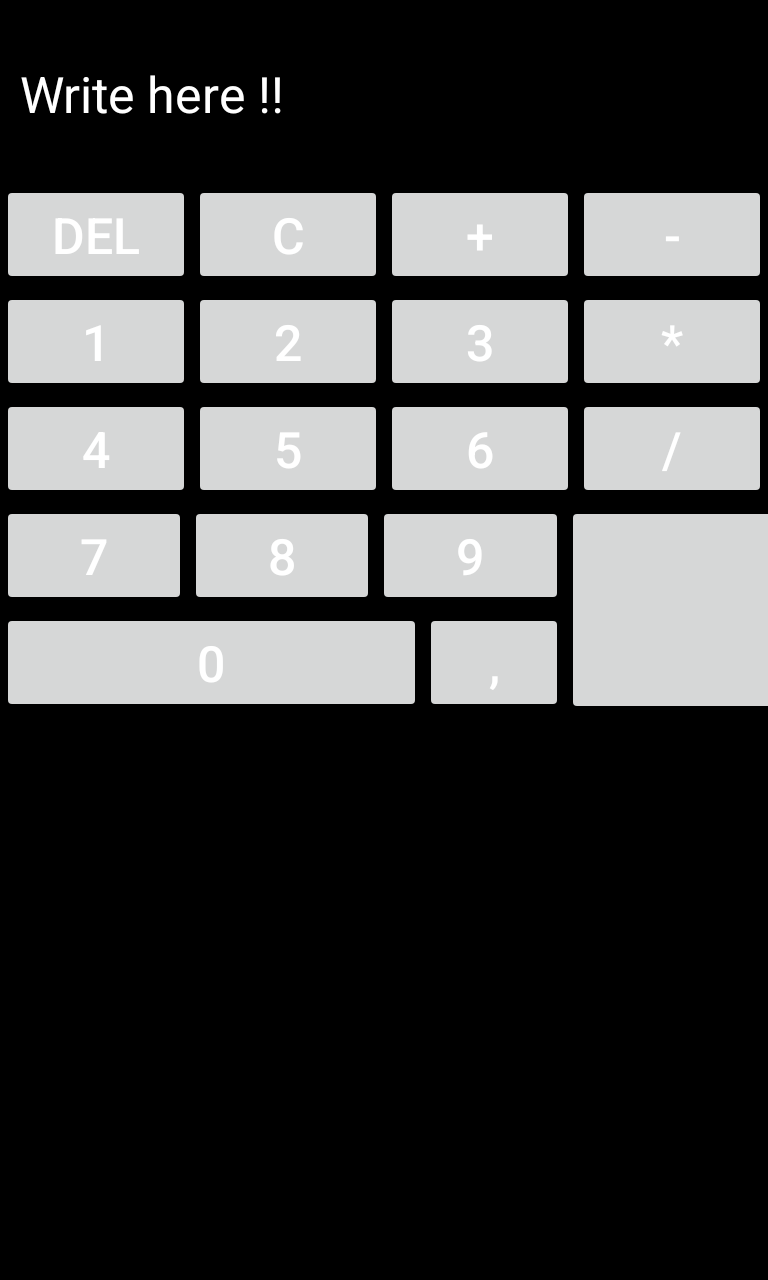
Repository: salihklc/Basic-Android
Layout: complexCalculator/res/layout/activity_main.xml
An editor plug-in stored every save of this project. The layout is shown before and after the next save, followed by the edit.
It is drawn on a 768 x 1280 px phone screen (xhdpi) without system bars, with theme AppTheme; the app's code is not run.

Above is the layout before, as saved 2014-10-10 14:01:47.

### complexCalculator/res/layout/activity_main.xml
<LinearLayout xmlns:android="http://schemas.android.com/apk/res/android"
    xmlns:android1="http://schemas.android.com/apk/res/android"
    android:layout_width="match_parent"
    android:layout_height="match_parent"
    android:background="#000"
    android:orientation="vertical" >

<EditText
    android:layout_marginTop="20dp"
    android:layout_marginBottom="20dp"
    android:id="@+id/display"
    android:layout_width="match_parent"
    android:layout_height="wrap_content"
    android:hint=" Write here !!"
    android:textSize="25sp"
    android:textColor="#fff"
    android:textColorHint="#fff"
    />

	<LinearLayout
	    android:layout_width="match_parent"
	    android:layout_height="wrap_content"
	    android:weightSum="100"
	    android1:orientation="horizontal" >

	    <Button
	        android:layout_weight="25"
	        android:id="@+id/DEL"
	        android:layout_height="fill_parent"
	        android:text="@string/DEL"
	        android:textColor="#fff"
	        android:textSize="25sp"
	        />
	    <Button
	        android:layout_weight="25"
	        android:id="@+id/C"
	        android:layout_height="fill_parent"
	        android:text="@string/C"
	        android:textColor="#fff"
	        android:textSize="25sp"
	        />
	    <Button
	        android:layout_weight="25"
	        android:id="@+id/add"
	        android:layout_height="fill_parent"
	        android:text="@string/add"
	        android:textColor="#fff"
	        android:textSize="25sp"
	        />
	    <Button
	        android:layout_weight="25"
	        android:id="@+id/minus"
	        android:layout_height="fill_parent"
	        android:text="@string/minus"
	        android:textColor="#fff"
	        android:textSize="25sp"
	        />

	</LinearLayout>

	<LinearLayout
	    android:layout_width="match_parent"
	    android:layout_height="wrap_content"
	    android:weightSum="100"
	    android1:orientation="horizontal" >

	    <Button
	        android:layout_weight="25"
	        android:id="@+id/one"
	        android:layout_height="fill_parent"
	        android:text="@string/one"
	        android:textColor="#fff"
	        android:textSize="25sp"
	        />
	    <Button
	        android:layout_weight="25"
	        android:id="@+id/two"
	        android:layout_height="fill_parent"
	        android:text="@string/two"
	        android:textColor="#fff"
	        android:textSize="25sp"
	        />
	    <Button
	        android:layout_weight="25"
	        android:id="@+id/three"
	        android:layout_height="fill_parent"
	        android:text="@string/three"
	        android:textColor="#fff"
	        android:textSize="25sp"
	        />
	    <Button
	        android:layout_weight="25"
	        android:id="@+id/mult"
	        android:layout_height="fill_parent"
	        android:text="@string/mult"
	        android:textColor="#fff"
	        android:textSize="25sp"
	        />

	</LinearLayout>

	<LinearLayout
	    android:layout_width="match_parent"
	    android:layout_height="wrap_content"
	    android:weightSum="100"
	    android1:baselineAligned="false"
	    android1:orientation="horizontal" >

	    <Button
	        android:layout_weight="25"
	        android:id="@+id/four"
	        android:layout_height="fill_parent"
	        android:text="@string/four"
	        android:textColor="#fff"
	        android:textSize="25sp"
	        />
	    <Button
	        android:layout_weight="25"
	        android:id="@+id/five"
	        android:layout_height="fill_parent"
	        android:text="@string/five"
	        android:textColor="#fff"
	        android:textSize="25sp"
	        />
	    <Button
	        android:layout_weight="25"
	        android:id="@+id/six"
	        android:layout_height="fill_parent"
	        android:text="@string/six"
	        android:textColor="#fff"
	        android:textSize="25sp"
	        />
	    <Button
	        android:layout_weight="25"
	        android:id="@+id/div"
	        android:layout_height="fill_parent"
	        android:text="@string/div"
	        android:textColor="#fff"
	        android:textSize="25sp"
	        />

	</LinearLayout>

	<LinearLayout
	    android:layout_width="match_parent"
	    android:layout_height="match_parent"
	    android:baselineAligned="false"
	    android:orientation="horizontal"
	    android:weightSum="100" >

		<LinearLayout
		    android:layout_height="fill_parent"
		    android:layout_weight="95.56"
		    android:orientation="vertical" >

		<LinearLayout
		    android:layout_width="match_parent"
		    android:layout_height="wrap_content"
		    android:orientation="horizontal"
		    android:weightSum="99" >

		    <Button
		        android:layout_weight="33"
		        android:id="@+id/seven"
		        android:layout_height="fill_parent"
		        android:text="@string/seven"
		        android:textColor="#fff"
		        android:textSize="25sp"
		        />
		    <Button
		        android:layout_weight="33"
		        android:id="@+id/eight"
		        android:layout_height="fill_parent"
		        android:text="@string/eight"
		        android:textColor="#fff"
		        android:textSize="25sp"
		        />
		    <Button
		        android:layout_weight="33"
		        android:id="@+id/nine"
		        android:layout_height="fill_parent"
		        android:text="@string/nine"
		        android:textColor="#fff"
		        android:textSize="25sp"
		        />


		</LinearLayout>

		<LinearLayout
		    android:layout_width="match_parent"
		    android:layout_height="wrap_content"
		    android:orientation="horizontal"
		    android:weightSum="100" >

			<Button
			    android1:id="@+id/zero"
			    android1:layout_height="fill_parent"
			    android1:layout_weight="75"
			    android1:text="@string/zero"
			    android1:textColor="#fff"
			    android1:textSize="25sp" />

			<Button
			    android1:id="@+id/dot"
			    android1:layout_width="0dp"
			    android1:layout_height="fill_parent"
			    android1:layout_weight="25"
			    android1:text="@string/dot"
			    android1:textColor="#fff"
			    android1:textSize="25sp" />

		</LinearLayout>

	</LinearLayout>

		<LinearLayout
		    android1:layout_width="wrap_content"
		    android1:layout_height="match_parent"
		    android:layout_gravity="right"
		    android:layout_weight="75"
		    android1:orientation="horizontal" >

			<Button
			    android1:id="@+id/equ"
			    android1:layout_width="match_parent"
			    android1:layout_height="108dp"
			    android1:text="@string/equ"
			    android1:textColor="#fff"
			    android1:textSize="25sp" />

		</LinearLayout>

	</LinearLayout>

</LinearLayout>

### complexCalculator/res/values/strings.xml
<?xml version="1.0" encoding="utf-8"?>
<resources>

    <string name="app_name">complexCalculator</string>
    <string name="hello_world">Hello world!</string>
    <string name="action_settings">Settings</string>
    <string name="one">1</string>
	<string name="two">2</string>
	<string name="three">3</string>
	<string name="add">+</string>
	<string name="four">4</string>
	<string name="five">5</string>
	<string name="six">6</string>
	<string name="minus">-</string>
	<string name="seven">7</string>
	<string name="eight">8</string>
	<string name="nine">9</string>
	<string name="mult">*</string>
	<string name="zero">0</string>
	<string name="equ">=</string>
	<string name="div">/</string>
	<string name="dot">,</string>
	<string name="DEL">DEL</string>
	<string name="C">C</string>
</resources>

Loaded but not shown: complexCalculator/res/values/styles.xml (common file); complexCalculator/res/values-v11/styles.xml (common file); complexCalculator/res/values-v14/styles.xml (common file)

After the next save:
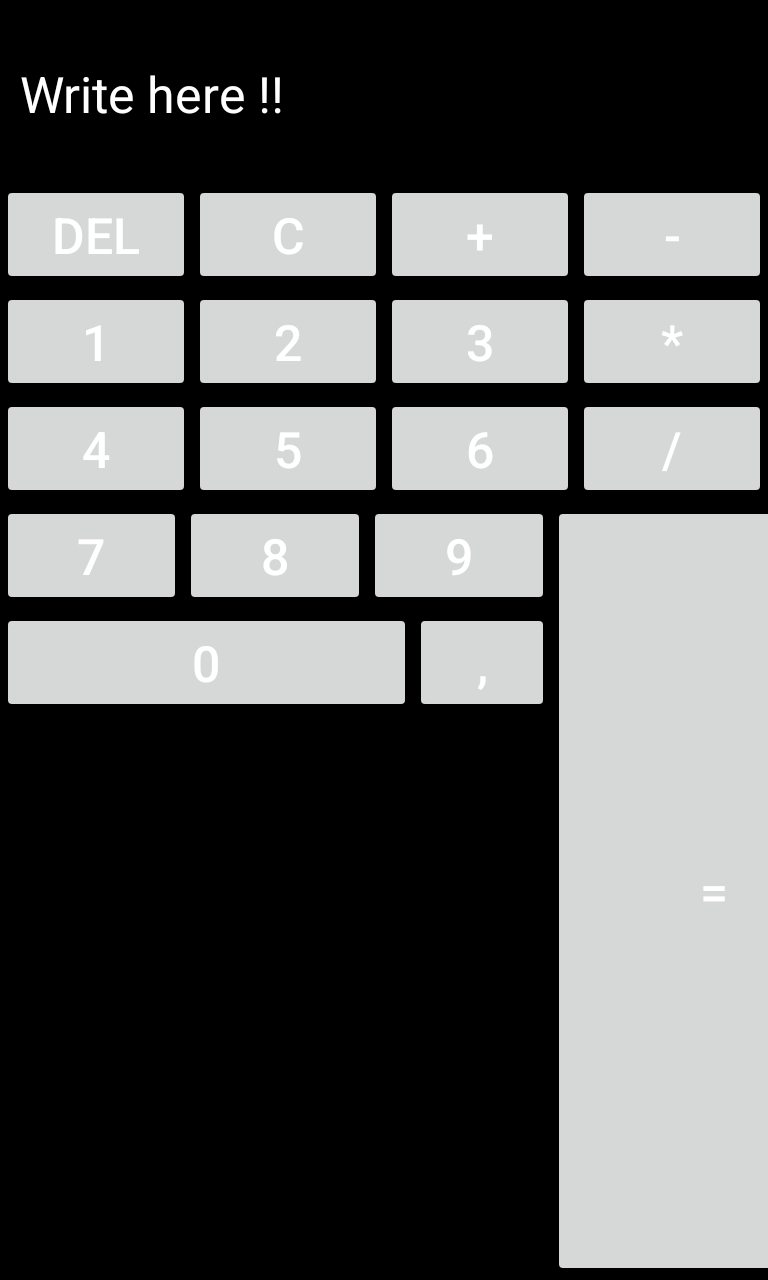
Saved 2 min 57 s later.
--- a/complexCalculator/res/layout/activity_main.xml
+++ b/complexCalculator/res/layout/activity_main.xml
@@ -150,7 +150,7 @@
 
 		<LinearLayout
 		    android:layout_height="fill_parent"
-		    android:layout_weight="95.56"
+		    android:layout_weight="93.21"
 		    android:orientation="vertical" >
 
 		<LinearLayout
@@ -218,13 +218,13 @@
 		    android1:layout_width="wrap_content"
 		    android1:layout_height="match_parent"
 		    android:layout_gravity="right"
-		    android:layout_weight="75"
+		    android:layout_weight="25"
 		    android1:orientation="horizontal" >
 
 			<Button
 			    android1:id="@+id/equ"
 			    android1:layout_width="match_parent"
-			    android1:layout_height="108dp"
+			    android1:layout_height="fill_parent"
 			    android1:text="@string/equ"
 			    android1:textColor="#fff"
 			    android1:textSize="25sp" />
